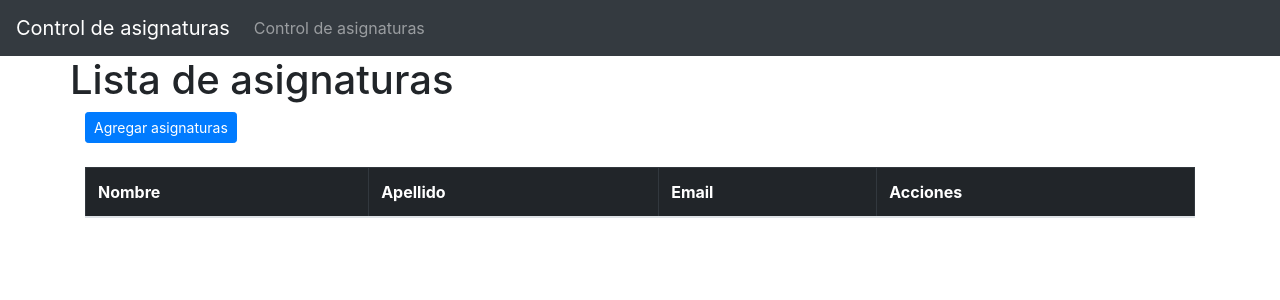
Repository: HennysTous/SpringBoot-MVC-API
Page: http://localhost/asignaturas
The author's editor kept a copy of each file at every save. The page is drawn from the files as they stood at one save, then again after the next save.
The browser window is 1280 px wide. The pictures show the whole page.
The page is this project's Thymeleaf template; nobody is signed in. The template is opened directly, without the code that normally fills it, so the values that code supplies are empty.

Above is the page before, as saved 2023-07-10 15:07:33.

After the next save:
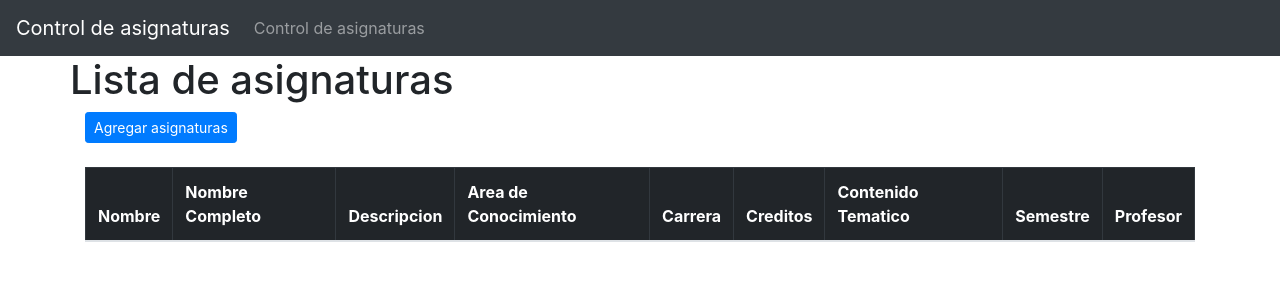
Saved 2 min 1 s later.
--- a/AsignaturasCRUDMVC/src/main/resources/templates/asignaturas.html
+++ b/AsignaturasCRUDMVC/src/main/resources/templates/asignaturas.html
@@ -35,9 +35,14 @@
 			<thead class="table-dark">
 				<tr>
 					<th>Nombre</th>
-					<th>Apellido</th>
-					<th>Email</th>
-					<th>Acciones</th>
+					<th>Nombre Completo</th>
+					<th>Descripcion</th>
+					<th>Area de Conocimiento</th>
+					<th>Carrera</th>
+					<th>Creditos</th>
+					<th>Contenido Tematico</th>
+					<th>Semestre</th>
+					<th>Profesor</th>
 				</tr>
 			</thead>
 			<tbody>
